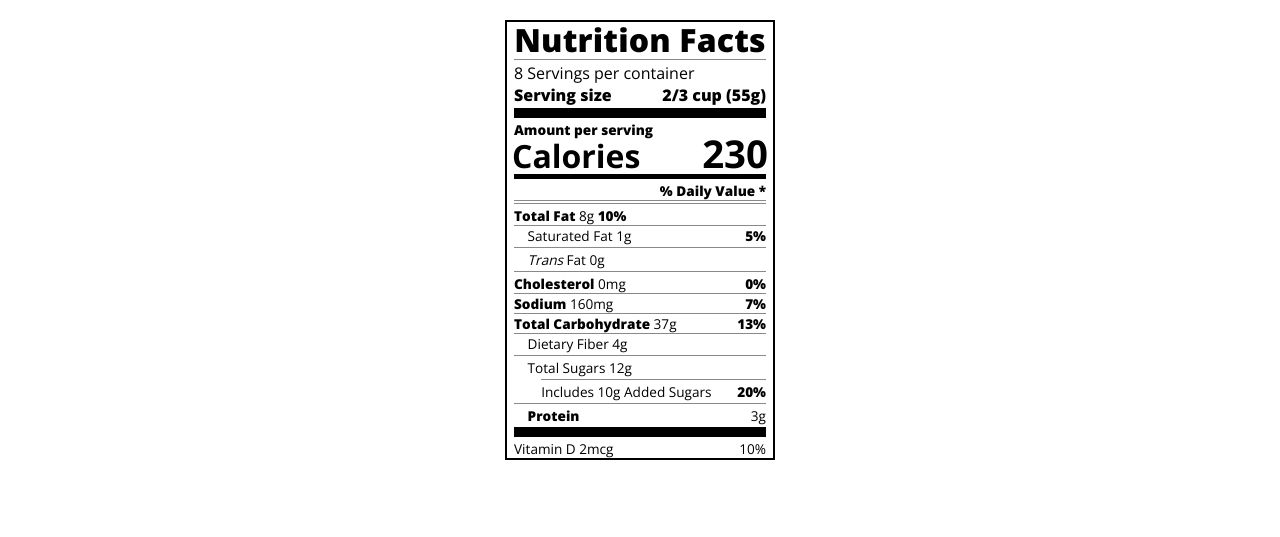
Repository: Lungdjos/typography
Page: index.html
These files come from the project's save history. The page is drawn as it stood at one moment and after the next save; the edit follows.
The browser window is 1280 px wide. The pictures show the whole page.

Above is the page before, as saved 2023-10-28 02:55:27.

### index.html
<!DOCTYPE html>
<html lang="en">

<head>
    <meta charset="UTF-8">
    <meta name="viewport" content="width=device-width, initial-scale=1.0">
    <title>Nutrition Label</title>
    <link rel="stylesheet" href="styles.css">
    <link rel="stylesheet" href="https://fonts.googleapis.com/css?family=Open+Sans:400,700,800">
</head>

<body>
    <div class="label">
        <header>
            <h1 class="bold">Nutrition Facts</h1>
            <div class="divider"></div>
            <p>8 Servings per container</p>
            <p class="bold">Serving size <span>2/3 cup (55g)</span></p>
        </header>
        <div class="divider large"></div>
        <div class="calories-info">
            <div class="left-container">
                <h2 class="bold small-text">Amount per serving</h2>
                <p>Calories</p>
            </div>
            <span>230</span>
        </div>
        <div class="divider medium"></div>
        <div class="daily-value small-text">
            <p class="bold right">% Daily Value *</p>
            <div class="divider"></div>
            <p><span><span class="bold">Total Fat</span> 8g <span class="bold">10%</span></span>
            </p>
            <p class="indent no-divider">Saturated Fat 1g <span class="bold">5%</span></p>
            <div class="divider"></div>
            <p class="indent no-divider"><span><i>Trans</i> Fat 0g</span></p>
            <div class="divider"></div>
            <p><span><span class="bold">Cholesterol </span> 0mg</span> <span class="bold">0%</span></p>
            <p><span><span class="bold">Sodium</span> 160mg</span> <span class="bold">7%</span></p>
            <p><span><span class="bold">Total Carbohydrate</span> 37g</span> <span class="bold">13%</span></p>
            <p class="indent no-divider">Dietary Fiber 4g</p>
            <div class="divider"></div>
            <p class="indent no-divider">Total Sugars 12g</p>
            <div class="divider double-indent"></div>
            <p class="double-indent no-divider">Includes 10g Added Sugars <span class="bold">20%</span></p>
            <div class="divider"></div>
            <p class="indent no-divider"><span class="bold">Protein</span> 3g</p>
            <div class="divider large"></div>
            <p class="no-divider">Vitamin D 2mcg<span class="">10%</span></p>
        </div>
    </div>

</body>

</html>

### styles.css
body {
    font-family: "Open Sans", sans-serif;
}

html {
    font-size: 16px;
}

.label {
    border: 2px solid black;
    width: 270px;
    margin: 20px auto;
    padding: 0 7px;
}

* {
    box-sizing: border-box;
}

header h1 {
    text-align: center;
    margin: -4px 0;
    letter-spacing: .15PX;
}

p {
    margin: 0;
    display: flex;
    justify-content: space-between;
}

.divider {
    border-bottom: 1px solid #888989;
    margin: 2px 0;
}

.bold {
    font-weight: 800;
}

.large {
    height: 10px;
}

.large,
.medium {
    background-color: black;
    border: 0;
}

.small-text {
    font-size: .85rem;
}

.calories-info h2 {
    margin: 0;
}

.calories-info {
    display: flex;
    justify-content: space-between;
    align-items: flex-end;
}

.left-container p {
    margin: -5px -2px;
    font-size: 2em;
    font-weight: 700;
}

.calories-info span {
    font-size: 2.4em;
    font-weight: 700;
    margin: -7px -2px;
}

.medium {
    height: 5px;
}

.right {
    justify-content: flex-end;
}

.indent {
    margin-left: 1em;
}

.daily-value p:not(.no-divider) {
    border-bottom: 1px solid #888989;
}

.double-indent {
    margin-left: 2em;
}

After the next save:
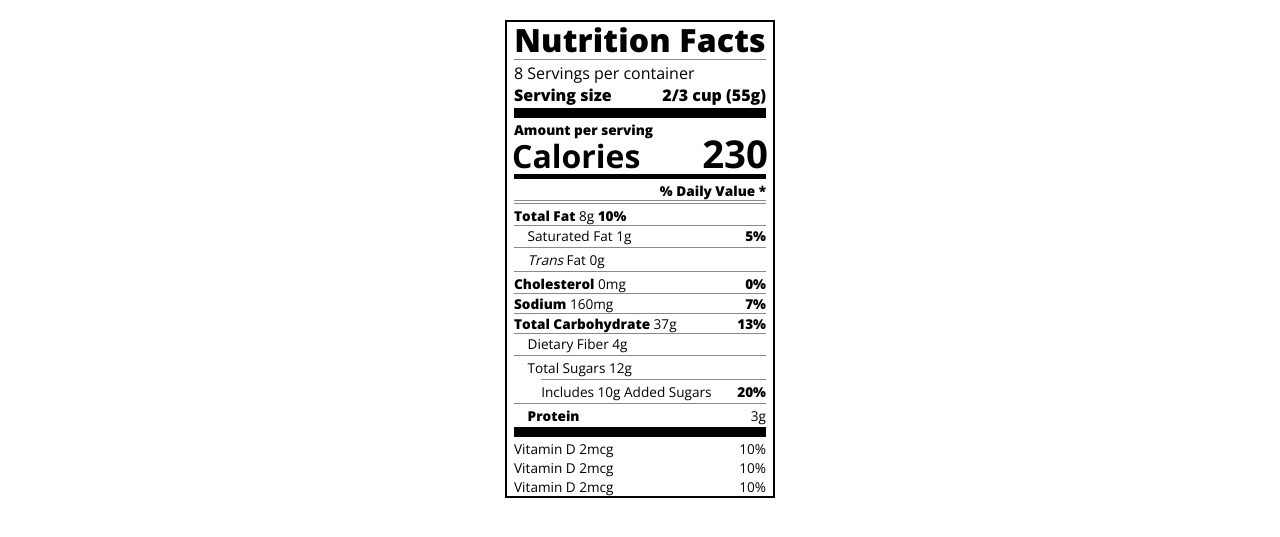
Saved 58 s later.
--- a/index.html
+++ b/index.html
@@ -47,6 +47,8 @@
             <p class="indent no-divider"><span class="bold">Protein</span> 3g</p>
             <div class="divider large"></div>
             <p class="no-divider">Vitamin D 2mcg<span class="">10%</span></p>
+            <p class="no-divider">Vitamin D 2mcg<span class="">10%</span></p>
+            <p class="no-divider">Vitamin D 2mcg<span class="">10%</span></p>
         </div>
     </div>
 
